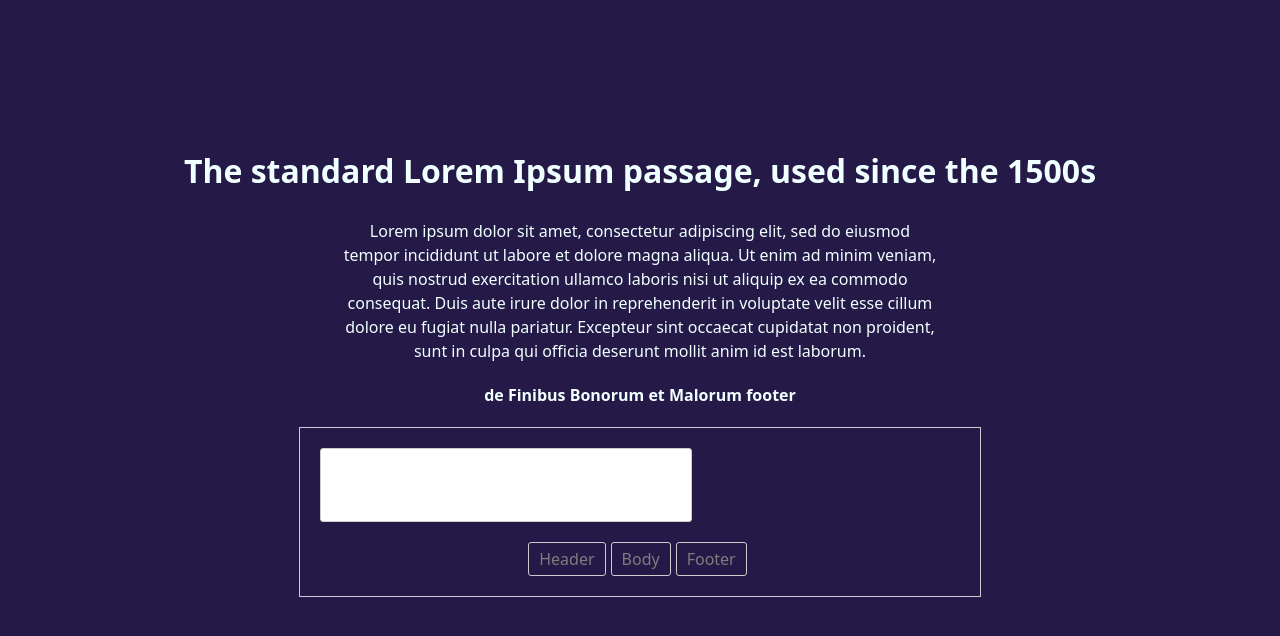
Repository: Freezler/AnnounceCraft
Page: index.html
These files come from the project's save history. The page is drawn as it stood at one moment and after a run of saves; the edit follows.
The browser window is 1280 px wide. The pictures show the whole page.

Above is the page before, as saved 2024-01-21 10:25:53.

After the next 3 saves:
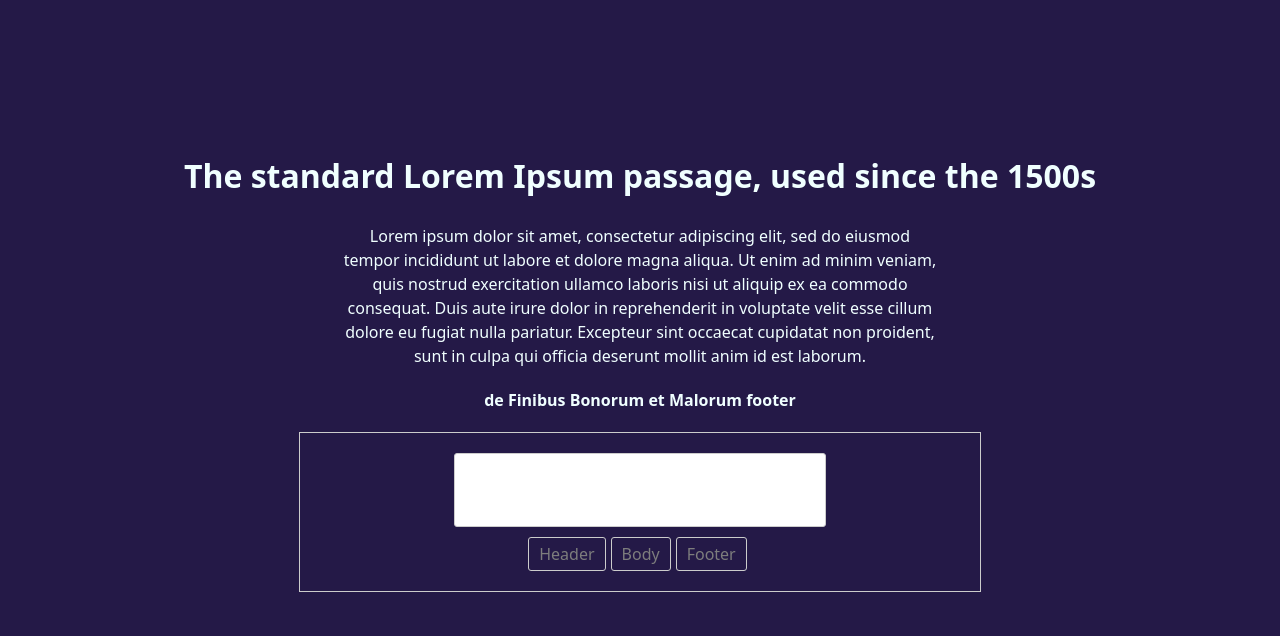
The 3 saves are shown as one change because they came seconds apart.
The last was saved 29 s later.
--- a/style.css
+++ b/style.css
@@ -67,7 +67,7 @@
         border-radius: 3px;
         font-size: 16px;
         font-family: system-ui, -apple-system, BlinkMacSystemFont, 'Segoe UI', Roboto, Oxygen, Ubuntu, Cantarell, 'Open Sans', 'Helvetica Neue', sans-serif;
-        margin-bottom: 10px;
+        margin: 0 auto;
         outline: none;
         &:focus {
             border-color: #007bff;
